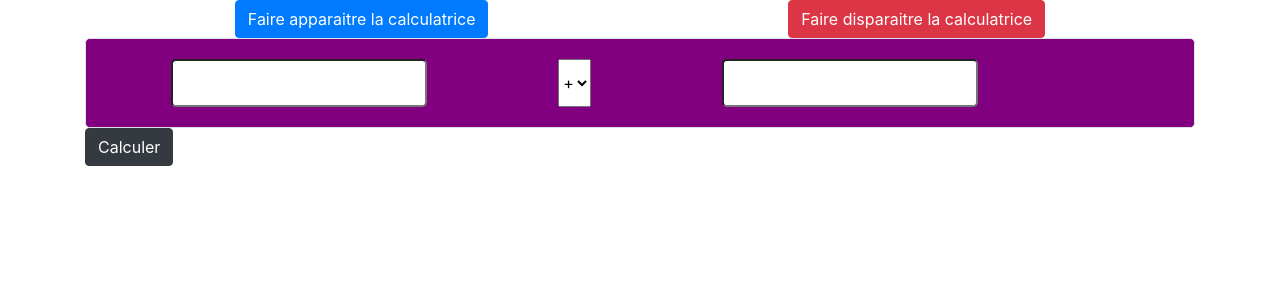
Repository: julieLyM/calculatrice
Page: calculatrice.html
An editor plug-in stored every save of this project. The page is shown before and after a run of saves, followed by the edit.
The browser window is 1280 px wide. The pictures show the whole page.

Above is the page before, as saved 2020-12-08 15:20:22.

### calculatrice.html
<!DOCTYPE html>
<html lang="fr">
  <head>
    <meta charset="UTF-8">
    <meta name="viewport" content="width=device-width, initial-scale=1.0">
		<link rel="stylesheet" href="https://cdn.jsdelivr.net/npm/bootstrap@4.5.3/dist/css/bootstrap.min.css" integrity="sha384-TX8t27EcRE3e/ihU7zmQxVncDAy5uIKz4rEkgIXeMed4M0jlfIDPvg6uqKI2xXr2" crossorigin="anonymous">

    <title>exercice calculatrice</title>
  </head>
  <body>
    <div class="container-fluid">
      <div class="container">

        <div class="row justify-content-around" style="margin: 0 auto; text-align:center">
            <button class="btn btn-primary" id="appear" >Faire apparaitre la calculatrice </button>
            <button class="btn btn-danger" id="disapear">Faire disparaitre la calculatrice</button>
        </div>


        <div class="row justify-content-around border w-100 rounded-lg" id="blocCal"  style="padding: 20px;margin: 0px auto; text-align:center; background-color: purple">

          <input type="text" class="rounded-lg" value="" id="nombre1">

          <select name="calcul" id="operateur">
            <option>+</option>
            <option>-</option>
            <option>*</option>
            <option>/</option>
          </select>

          <input type="text" class="rounded-lg" value="" id="nombre2">
          <br>
          <br>
        </div>


          <button type="button" class="btn btn-dark" id="calculer">Calculer</button>
          <br>

          <br>
    <div class="row justify-content-center">
      <div id="message"></div>
    </div>
  </div>
</div>
    <!--APPEL JQUERY-->
		<script src="https://code.jquery.com/jquery-3.5.1.min.js" integrity="sha256-9/aliU8dGd2tb6OSsuzixeV4y/faTqgFtohetphbbj0=" crossorigin="anonymous"></script>
		<script src="https://cdn.jsdelivr.net/npm/bootstrap@4.5.3/dist/js/bootstrap.bundle.min.js" integrity="sha384-ho+j7jyWK8fNQe+A12Hb8AhRq26LrZ/JpcUGGOn+Y7RsweNrtN/tE3MoK7ZeZDyx" crossorigin="anonymous"></script>
    <!--NOTRE CODE JS-->
    <script src="calculatrice.js"></script>
  </body>
</html>

### calculatrice.js
//Etapes :
// --------
// - faire une page html
// - créer deux input type text avec deux id différent pour la saisie des valeurs
// - créer un select avec un id pour proposer les différents opérateurs. (+-*/    ** %)
// - créer un bouton avec un id pour lancer le calcul (button, span)

// Avec js :
// ---------
// - lors du click  sur le bouton (evenement) :
// - récupérer les deux saisies des champs text et l'opérateur selectionné

// - il peut être important de passer les saisies dans un parseFloat() pour les transformer en type number
// - declencher le calcul des saisies selon  l'opérateur avec un if qui va tester l'opérateur pour déclencher l'opération.
// - afficher l'opération avec le résultat.

// Pour aller plus loin :
// ----------------------
// - essayer de donner la possibilité de faire apparaitre ou disparaitre la calculatrice

$(document).ready(function () {
  $('#appear').on('click', function () {
    $('#blocCal').slideDown(1000);
  });

  // Cacher la  calculatrice :
  $('#disapear').on('click', function () {
    $('#blocCal').slideUp(1000);
  });

  $('#calculer').on('click', function () {
    var value1 = $('#nombre1').val();
    var signe = $('#operateur').val();
    var value2 = $('#nombre2').val();

    value1 = parseFloat(value1);
    value2 = parseFloat(value2);
    var resultat = '';

    if (signe == '+') {
      resultat = $('#message').html(
        '<div style="background-color: pink;color: yellow; text-align: center;font-size:26px; padding:20px">Résultat addition: ' +
          value1 +
          signe +
          value2 +
          ' = ' +
          (value1 + value2) +
          '</div>'
      );
    } else if (signe == '-') {
      resultat = resultat = $('#message').html(
        '<div style="background-color: pink;color: blue; text-align: center;font-size:26px; padding:20px">Résultat soustration: ' +
          value1 +
          signe +
          value2 +
          ' = ' +
          (value1 - value2) +
          '</div>'
      );
    } else if (signe == '*') {
      resultat = resultat = $('#message').html(
        '<div style="background-color: pink;color: purple; text-align: center;font-size:26px; padding:20px">Résultat multiplication: ' +
          value1 +
          signe +
          value2 +
          ' = ' +
          value1 * value2 +
          '</div>'
      );
    } else if (signe == '/') {
      resultat = resultat = $('#message').html(
        '<div style="background-color: pink;color: green; text-align: center;font-size:26px; padding:20px">Résultat division: ' +
          value1 +
          signe +
          value2 +
          ' = ' +
          value1 / value2 +
          '</div>'
      );
    }
  });

  $('#nombre1, #nombre2').on('mouseover', function () {
    $('#message').html(
      `<div style="background-color: pink;color: red; padding:20px">Saisir un chiffre</div>`
    );
  });

  $('#nombre1, #nombre2').on('mouseout', function () {
    $('#message').html('');
  });

  $('#operateur').on('mouseover', function () {
    $('#message').html(
      `<div style="background-color: pink;color: red; padding:20px">Saisir un opérateur + - / *</div>`
    );
  });
  $('#operateur').on('mouseout', function () {
    $('#message').html('');
  });
});

After the next 3 saves:
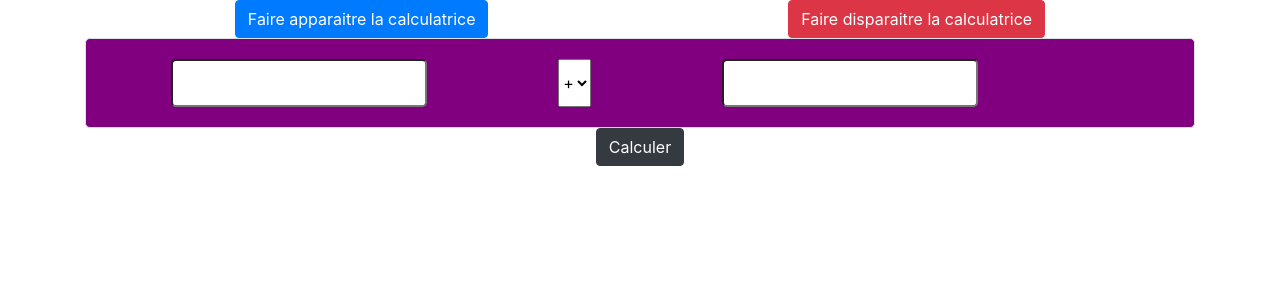
The 3 saves are shown as one change because they came seconds apart.
The last was saved 9 s later.
--- a/calculatrice.html
+++ b/calculatrice.html
@@ -33,8 +33,9 @@
           <br>
         </div>
 
-
+        <div class="row justify-content-center">
           <button type="button" class="btn btn-dark" id="calculer">Calculer</button>
+        </div>
           <br>
 
           <br>
